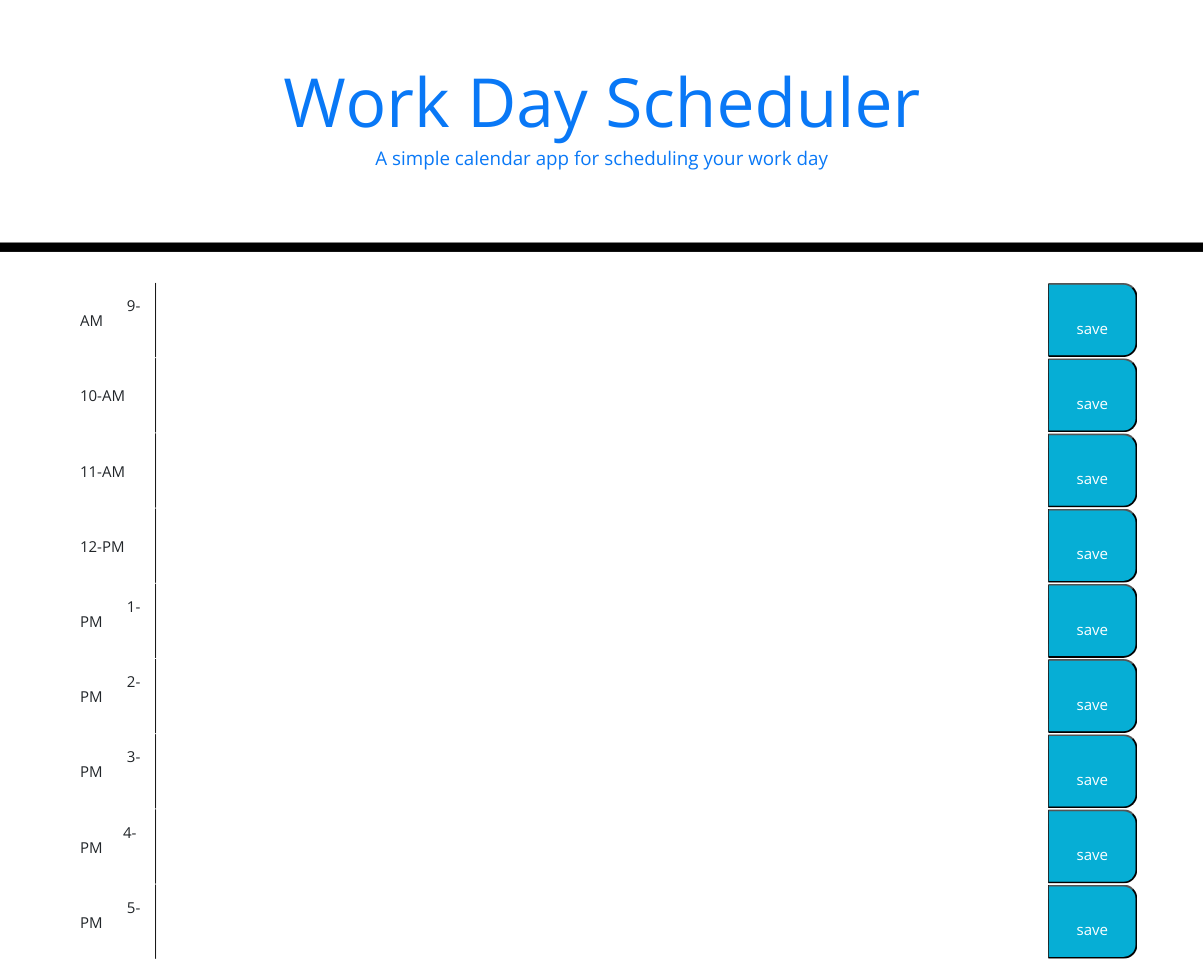
Repository: Mf948/DailyPlannerJS
Page: Develop/index.html
These files come from the project's save history. The page is drawn as it stood at one moment and after a run of saves; the edit follows.
The browser window is 1280 px wide. The pictures show the whole page, at 94% of full size.
Some web libraries are served in a nearby version.

Above is the page before, as saved 2020-12-09 17:16:27.
Console error: SyntaxError: Unexpected token '}'

After the next 3 saves:
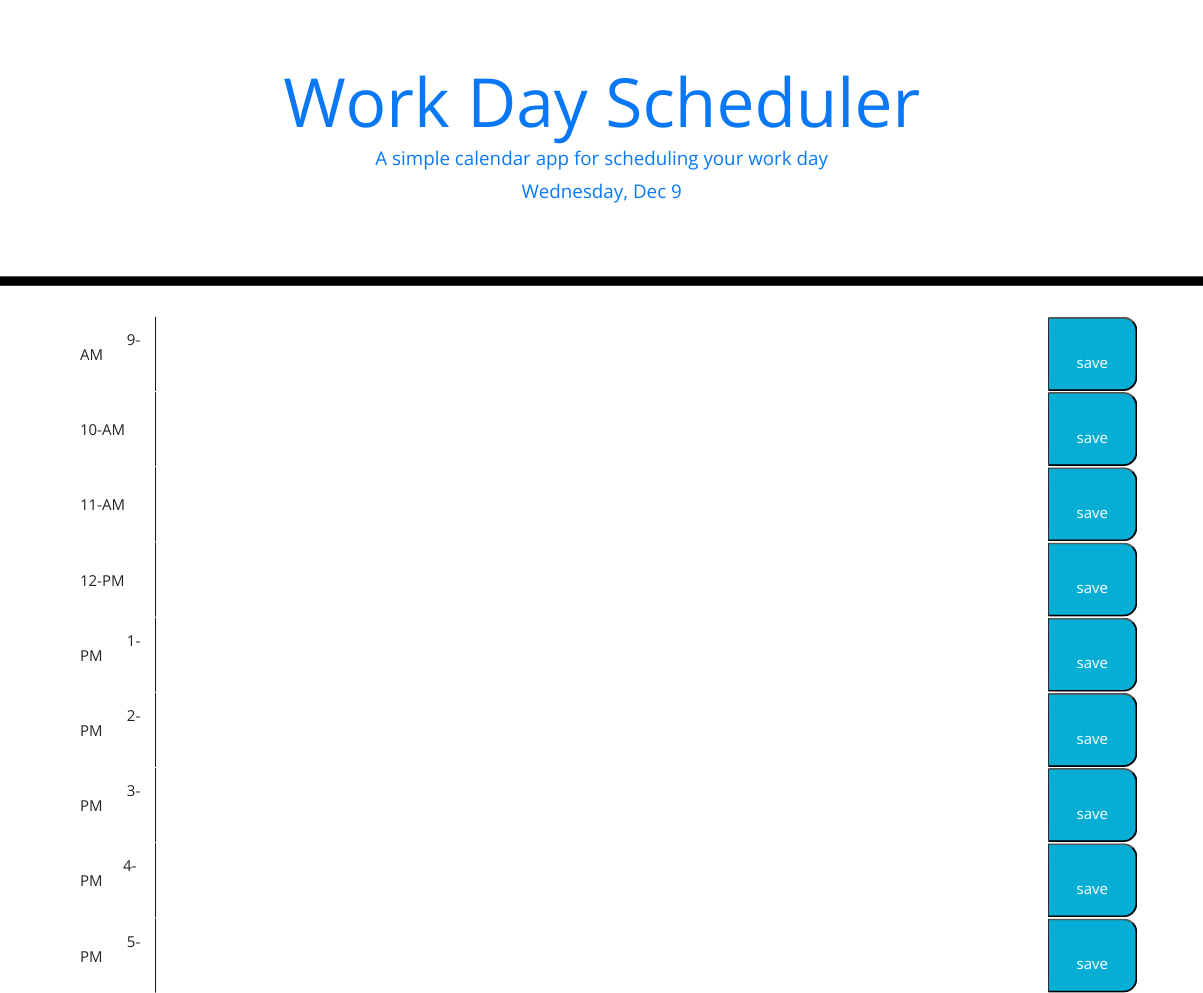
The error is gone.
The 3 saves are shown as one change because they came seconds apart.
The last was saved 13 s later.
--- a/Develop/script.js
+++ b/Develop/script.js
@@ -5,7 +5,7 @@
     console.log(dayjs().format('h'))
 
     function time (){
-        var dayjshour =
+        var dayjshour = (dayjs)
     }
 
  })
